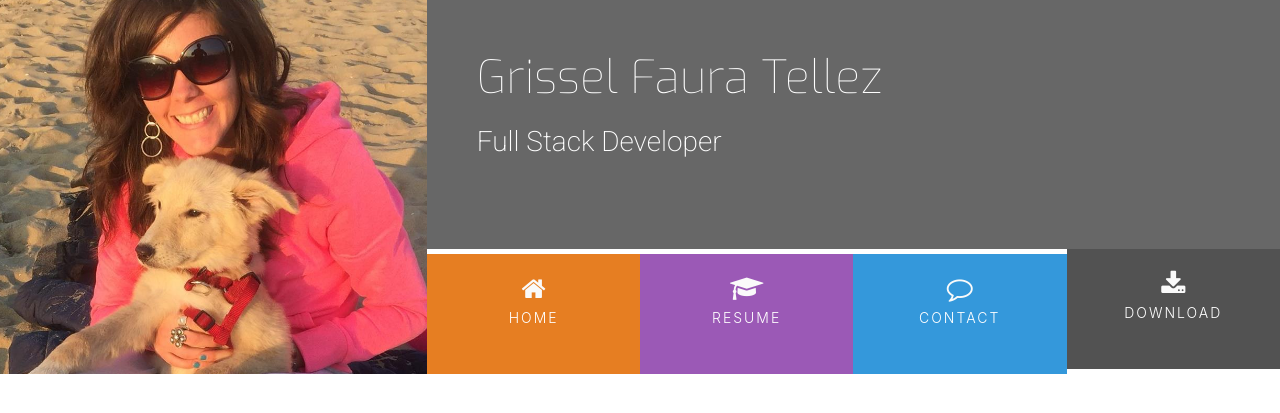
Repository: grisselfaura/Resume-Project-Introduction
Page: index.html
The author's editor kept a record of every edit. The page is drawn from the files as they stood at one moment, then again after the next edit.
The browser window is 1280 px wide. The pictures show the whole page.

Above is the page before.

After the next edit:
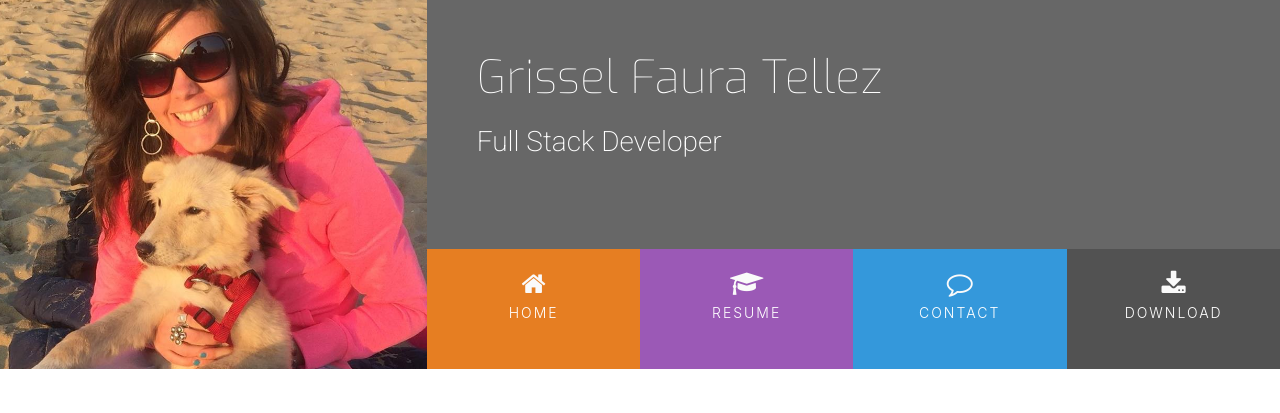
The edit:
--- a/index.html
+++ b/index.html
@@ -34,7 +34,7 @@
                                <a href="#" class="hvr-sweep-to-bottom"><i class="fa fa-comment-o" aria-hidden="true"></i><span>Contact</span></a>
                            </li>
                            <li class="col-6 col-sm-3 ui-menu-color-download list-inline-item menuitem">
-                               <a href="#"><i class="fa fa-download" aria-hidden="true"></i><span>Download</span></a>
+                               <a href="#" class="hvr-sweep-to-bottom"><i class="fa fa-download" aria-hidden="true"></i><span>Download</span></a>
                            </li>
                        </ul>
                    </div>
